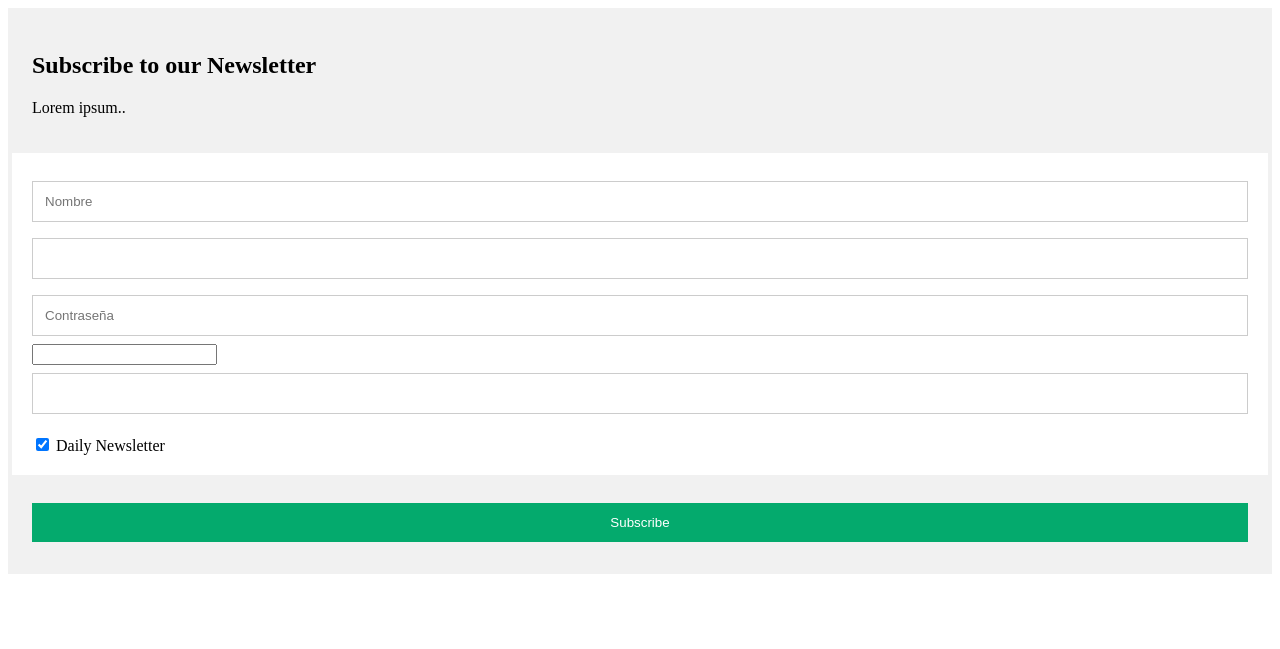
Repository: Larrowo/LPPA-2
Page: Clase 6/subpage.html
An editor plug-in stored every save of this project. The page is shown before and after the next save, followed by the edit.
The browser window is 1280 px wide. The pictures show the whole page.

Above is the page before, as saved 2022-05-31 12:09:08.

### Clase 6/subpage.html
<!DOCTYPE html>
<html lang="en">
<head>
    <meta charset="UTF-8">
    <meta http-equiv="X-UA-Compatible" content="IE=edge">
    <meta name="viewport" content="width=device-width, initial-scale=1.0">
    <title>Document</title>
    <link rel="stylesheet" href="/Clase 6/subPageStyle.css">
</head>
<body>
    <form action="action_page.php">
        <div class="container">
          <h2>Subscribe to our Newsletter</h2>
          <p>Lorem ipsum..</p>
        </div>

        <div class="container" style="background-color:white">
          <input type="text" placeholder="Nombre" name="name" required>
          <input type="text" placeholder="" name="Email" required>
          <input type="text" placeholder="Contraseña" required>
          <input type="number" name="Teléfono" required>
          <input type="text" name="Dirección" required>
          <label>
            <input type="checkbox" checked="checked" name="subscribe"> Daily Newsletter
          </label>
        </div>

        <div class="container">
          <input type="submit" value="Subscribe">
        </div>
      </form>
</body>
</html>

### Clase 6/subPageStyle.css
/* Style the form element with a border around it */
form {
    border: 4px solid #f1f1f1;
  }

  /* Add some padding and a grey background color to containers */
  .container {
    padding: 20px;
    background-color: #f1f1f1;
  }

  /* Style the input elements and the submit button */
  input[type=text], input[type=submit] {
    width: 100%;
    padding: 12px;
    margin: 8px 0;
    display: inline-block;
    border: 1px solid #ccc;
    box-sizing: border-box;
  }

  /* Add margins to the checkbox */
  input[type=checkbox] {
    margin-top: 16px;
  }

  /* Style the submit button */
  input[type=submit] {
    background-color: #04AA6D;
    color: white;
    border: none;
  }

  input[type=submit]:hover {
    opacity: 0.8;
  }

After the next save:
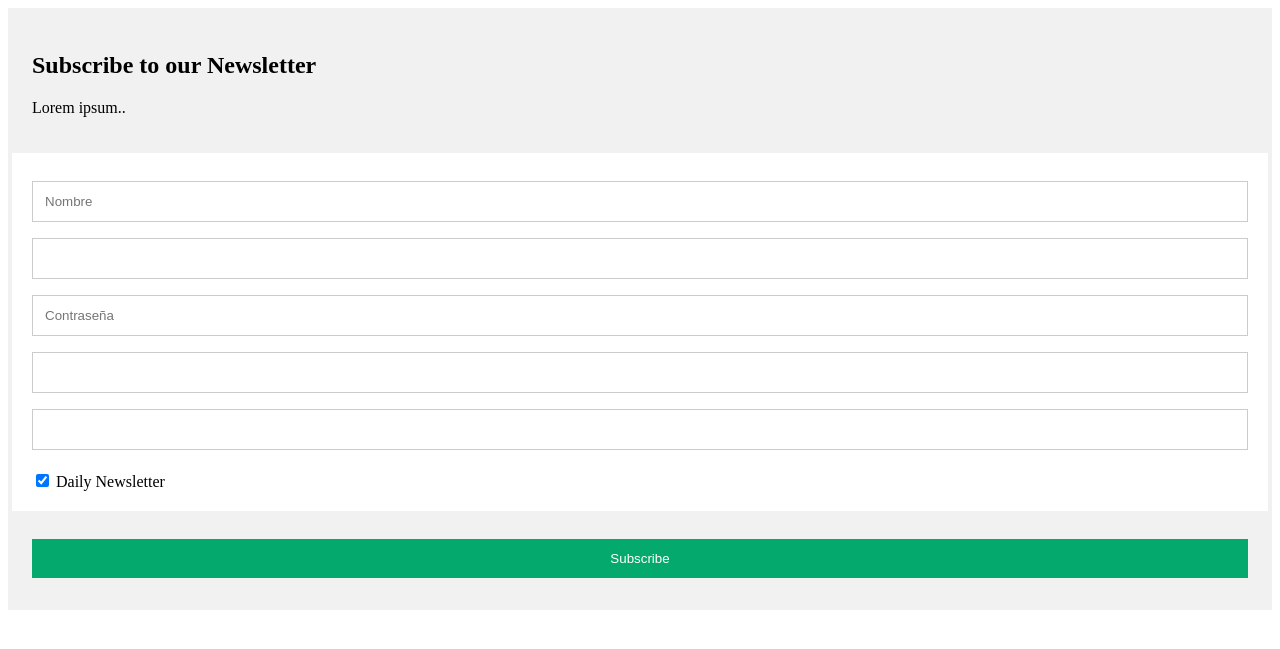
Saved 22 s later.
--- a/Clase 6/subpage.html
+++ b/Clase 6/subpage.html
@@ -18,7 +18,7 @@
           <input type="text" placeholder="Nombre" name="name" required>
           <input type="text" placeholder="" name="Email" required>
           <input type="text" placeholder="Contraseña" required>
-          <input type="number" name="Teléfono" required>
+          <input type="text" name="Teléfono" required>
           <input type="text" name="Dirección" required>
           <label>
             <input type="checkbox" checked="checked" name="subscribe"> Daily Newsletter
